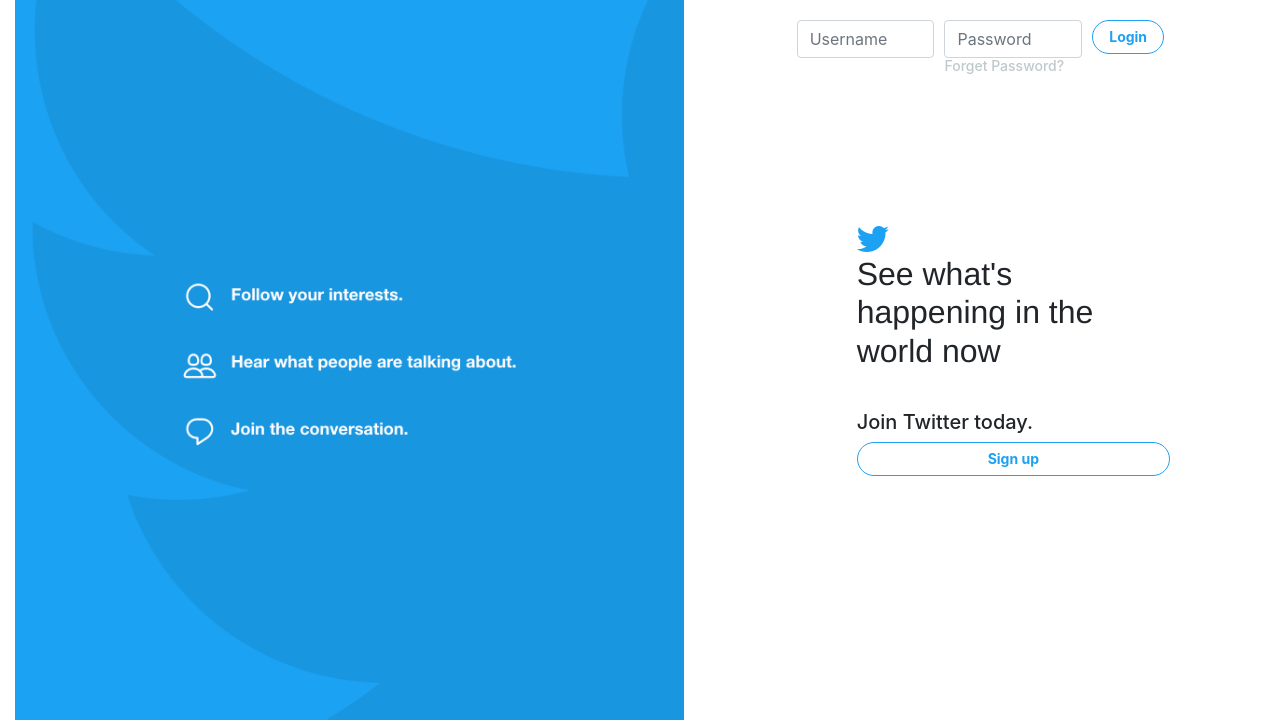
Repository: kavyashree088/AAKKS
Page: / (app in Frontend/)
The author's editor kept a copy of each file at every save. The page is drawn from the files as they stood at one save, then again after the next save.
The browser window is 1280 px wide. The pictures show the whole page.
Some web libraries are served in a nearby version. The project was rebuilt for these pictures with package versions that can differ from the ones it lists, and the page was loaded fresh each time. Also part of the build but not shown: Frontend/src/CSS/navbar.css, Frontend/src/Components/Home.js, Frontend/src/Components/LandingPage/Signup.js.

Above is the page before, as saved 2019-11-16 14:33:59.

After the next save:
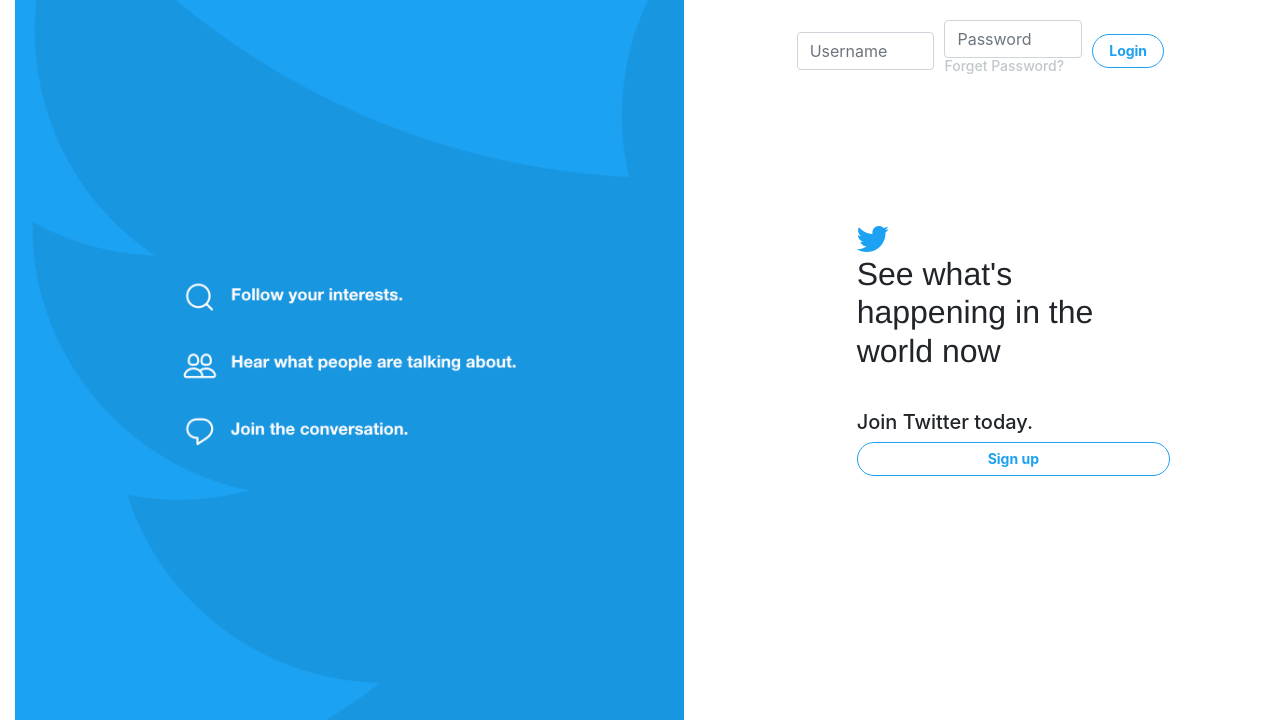
Saved 66 s later.
--- a/Frontend/src/CSS/SignupPage.css
+++ b/Frontend/src/CSS/SignupPage.css
@@ -1,3 +1,5 @@
-.fontColor{
+*{
+    align-content: center
+}.fontColor{
     color: #1da1f2;
 }
